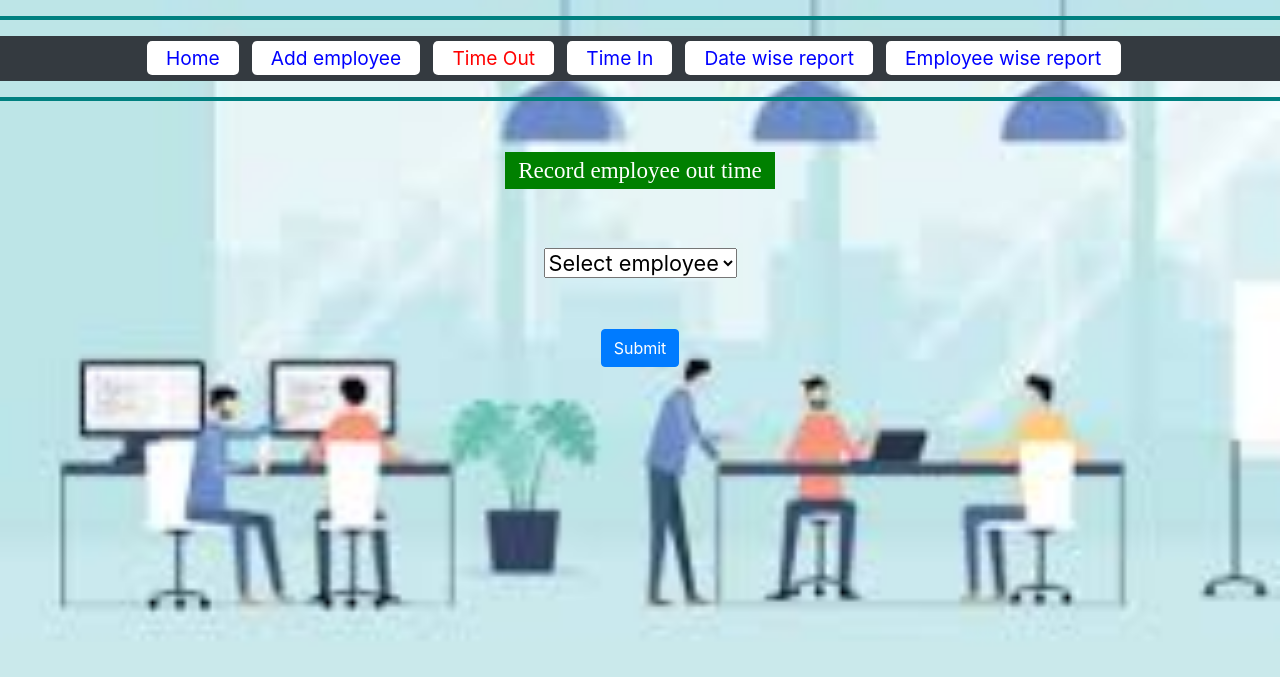
Repository: 7373Mehar/AdvanceJava
Page: http://localhost/emp-outin-time/outtime/employee-in-name-list.jsp
The author's editor kept a copy of each file at every save. The page is drawn from the files as they stood at one save, then again after the next save.
The browser window is 1280 px wide. The pictures show the whole page.
The page is served by Tomcat 9. Other server files are loaded and not shown. Queries for data that is not in the repository find no rows.

Above is the page before, as saved 2023-02-12 11:42:48.

### JSP/emp-outin-time/WebContent/outtime/employee-in-name-list.jsp
<%@ include file="../navbar.jsp" %>
<html>
 <body onload="makeActive('out')">
 <form action="save-outtime.jsp">
  <div class='dv'>
   <label class='hdu'>Record employee out time</label>
  </div>
  <div class='dvv' id='photo'>
  </div>
  <div class='dv'>
   <select class='la' id="eid" name="eid" onchange="showPhoto()">
     <option value="-1">Select employee</option>
     <%
     Statement st=(Statement)application.getAttribute("list");
     ResultSet rst=st.executeQuery("select * from employeeinfo where outstatus='in'");
     while(rst.next())
     {
    	 String eid=rst.getString(1);
    	 String name=rst.getString(2);
    	 %>
    	 <option><%=name%>(<%=eid%>)</option>
    	 <%
     }
     %>
   </select>
  </div>
  <div class='dv'>
   	<button class='btn btn-primary' onclick='return checkEmployee()'>Submit</button>
  </div>
  <div class='dvv' id='msg'>
  </div>
 </form>
 </body>
</html>

### JSP/emp-outin-time/WebContent/navbar.jsp
<%@page import="java.sql.*" %>
<html>
 <%
 String pa="/employee-outin-time-management";
 %>
 <head>
  <script src='<%=pa%>/JS/script.js'></script>
  <link href='<%=pa%>/CSS/style.css' rel='stylesheet'>
  <link href='<%=pa%>/CSS/bootstrap.min.css' rel='stylesheet'>
 </head>
 <body bgcolor='cyan'>
   <hr style='border:2px solid teal'>
    <nav class='navbar navbar-expand navbar-light bg-dark'>
     <ul class='nav nav-pills mx-auto'>
      <li><a id="home" class='btra' href='<%=pa%>'>Home</a>
      <li><a id='add' class='btra' href='<%=pa%>/employee/insert.jsp'>Add employee</a>
      <li><a id='out' class='btra' href='<%=pa%>/outtime/employee-in-name-list.jsp'>Time Out</a>
      <li><a id='in' class='btra' href='<%=pa%>/intime/employee-out-name-list.jsp'>Time In</a>
      <li><a id='datewise' class='btra' href='<%=pa%>/datewise-report/choose-date.jsp'>Date wise report</a>
      <li><a id='empwise' class='btra' href='<%=pa%>/employeewise-report/employee-name-list.jsp'>Employee wise report</a>
     </ul>
    </nav>
   <hr style='border:2px solid teal'>
 </body>
</html>

### JSP/emp-outin-time/WebContent/JS/script.js
function makeActive(p)
{
	document.getElementById(p).style.color="red";
}
function checkEmployee()
{
	if(document.getElementById("eid").value==-1)
	{
		alert("Please select name of employee then submit");
		return false;
	}
	return true;
}
function showPhoto()
{
	if(document.getElementById("eid").value==-1)
	{
		return false;
	}
	var obj=new XMLHttpRequest();
    obj.onreadystatechange=function()
    {
     if(obj.readyState==4)
     {
       var res=obj.responseText;
       document.getElementById("photo").innerHTML=res;
     }
    };
    var url="show-photo.jsp?eid="+document.getElementById("eid").value;
    obj.open("POST",url);
    obj.send();
}

### JSP/emp-outin-time/WebContent/CSS/style.css
.dv{
	text-align: center;
	margin-top: 4vw;
}
.lah{
	font-size:2.3vw;
	font-family: elephant;
}
.lam{
	font-size:2.2vw;
	font-family:Georgia;
}
.lahu{
	font-size:2vw;
	font-family: elephant;
	text-decoration: underline;
}
.hdu{
	font-size:1.8vw;
	font-family: luciada calligraphy;
	color:white;
	padding:.1vw 1vw;
	background-color: green;
}
.la{
	font-size:1.7vw;
}
.lau{
	font-size:1.7vw;
	text-decoration: underline;
}
.las{
	font-size:1.5vw;
}
span{
	color:red;
}
.tab{
	margin-left: auto;
	margin-right: auto;
	margin-top: 2vw;
	background-color: cyan;
	border-radius: .5vw;
}
.tdp{
	padding:2vw 1vw;
}
.btr{
	cursor: pointer;
	color:white;
	background-color:orange;
	margin-right:1vw;
	padding:.3vw 1.6vw;
	border-radius: .4vw;
	font-size:1.4vw;
	border:none;
}
.btra{
	color:blue;
	background-color:white;
	margin-right:1vw;
	padding:.4vw 1.5vw;
	font-size:1.5vw;
	text-decoration: none;
	border-radius: .4vw;
}
.btra:hover{
	color:white;
	background-color:blue;
	text-decoration: none;
}
.dvv{
	text-align: center;
	margin-top:1vw;
}
.tb{
	font-size:1.4vw;
	width:100%;
	border-radius: .4vw;
}
.ta{
	margin-left: auto;
	margin-right: auto;
	margin-top:2vw;
	width:auto;
	font-size:1.7vw;
	border-radius:.5vw;
	background-color:teal;
	color:white;
}
.pd{
	padding:1vw 2vw;
}
.lig{
	 margin-right:.5vw;
	 background-color:red;
}
anu{
	text-decoration: underline;
}
.cdta{
	 width:100%;
	 font-size:20px;
	 color:white;
	 font-weight: bold;
}
.cdbt{
	padding:.2vw 1.3vw;
	border-radius: .5vw;
	color:white;
	background-color:blue;
	border:none;
	cursor:hand;
}
.scrollit {
    overflow:scroll;
    max-height:53vh;
}
.scrollit thead th {
      position: sticky;
      background:teal;
      color:white;
      top: 0;
}
.insta{
	margin-left: auto;
	margin-right: auto;
	margin-top:2vw;
	width:auto;
	font-size:1.7vw;
	border-radius:.5vw;
	background-color:teal;
	color:white;
}
body{
	background-image: url('../images/bg.jfif');
	background-repeat: no-repeat;
	background-size: cover;
}

Loaded but not shown: JSP/emp-outin-time/WebContent/CSS/bootstrap.min.css (library)

After the next save:
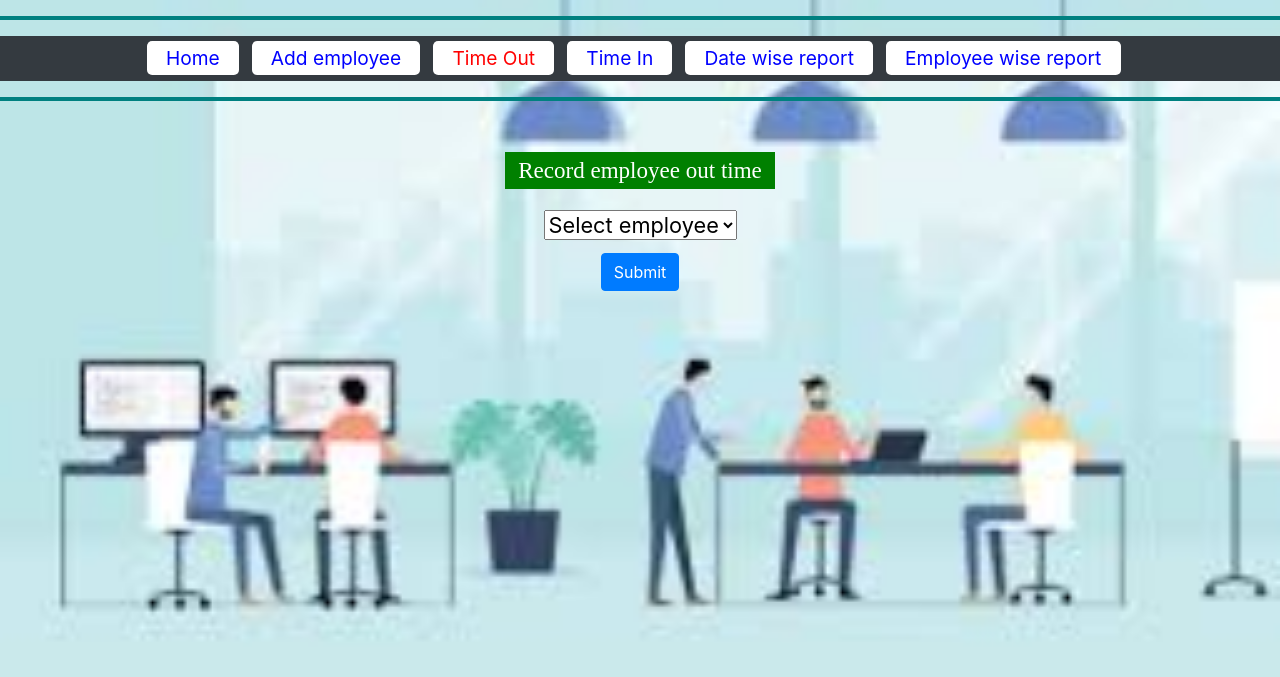
Saved 18 s later.
--- a/JSP/emp-outin-time/WebContent/outtime/employee-in-name-list.jsp
+++ b/JSP/emp-outin-time/WebContent/outtime/employee-in-name-list.jsp
@@ -7,7 +7,7 @@
   </div>
   <div class='dvv' id='photo'>
   </div>
-  <div class='dv'>
+  <div class='dvv'>
    <select class='la' id="eid" name="eid" onchange="showPhoto()">
      <option value="-1">Select employee</option>
      <%
@@ -24,7 +24,7 @@
      %>
    </select>
   </div>
-  <div class='dv'>
+  <div class='dvv'>
    	<button class='btn btn-primary' onclick='return checkEmployee()'>Submit</button>
   </div>
   <div class='dvv' id='msg'>
